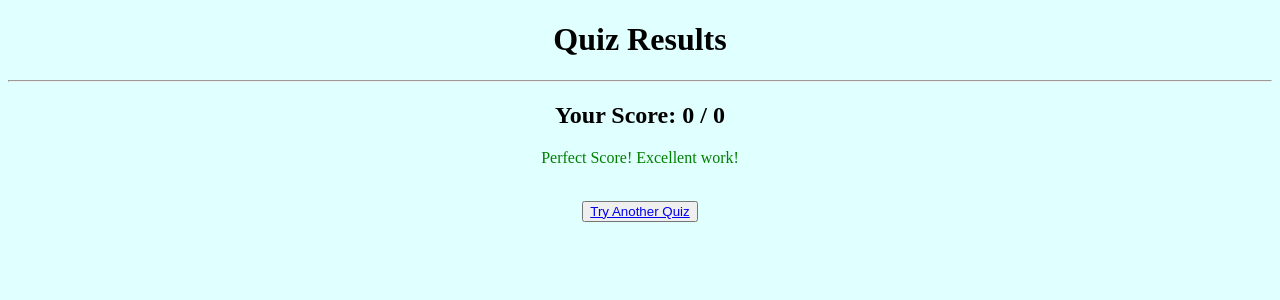
Repository: Rohitsenpai01/Quiz-Manangement-System
Page: http://localhost/WebQuizApp/submitquiz.jsp
These files come from the project's save history. The page is drawn as it stood at one moment and after the next save; the edit follows.
The browser window is 1280 px wide. The pictures show the whole page.
The page is served by Tomcat 9. Other server files are loaded and not shown. Queries for data that is not in the repository find no rows.

Above is the page before, as saved 2025-12-31 14:50:39.

### WebQuizApp/WebQuizApp/src/main/webapp/submitquiz.jsp
<%@ page language="java" contentType="text/html; charset=UTF-8" pageEncoding="UTF-8"%>
<%@ taglib prefix="c" uri="http://java.sun.com/jsp/jstl/core" %>
<!DOCTYPE html>
<html>
<head>
    <title>Quiz Result</title>
</head>
<body bgcolor="${initParam.theme}">
    <h1 style="text-align: center;">Quiz Results</h1><hr>
    <jsp:useBean id="quli" class="com.app.beans.QuestionListBean"/>
    <jsp:setProperty name="quli" property="quiz_id" value="${param.quiz_id}"/>
    ${quli.fetchQuestions()}

    <div style="text-align: center;">
        <%
            int score = 0;
            int total = 0;
            java.util.List<com.app.pojos.Question> list = quli.getQuestionList();

            if (list != null) {
                total = list.size();
                for (int i = 0; i < total; i++) {
                    String submittedAns = request.getParameter("ans_" + i);
                    char correctAns = list.get(i).getCorrect();
                    if (submittedAns != null && submittedAns.equalsIgnoreCase(String.valueOf(correctAns))) {
                        score++;
                    }
                }
            }
            request.setAttribute("finalScore", score);
            request.setAttribute("totalQuestions", total);
        %>

        <h2>Your Score: ${finalScore} / ${totalQuestions}</h2>
        <c:choose>
            <c:when test="${finalScore == totalQuestions}">
                <p style="color: green;">Perfect Score! Excellent work!</p>
            </c:when>
            <c:when test="${finalScore > (totalQuestions / 2)}">
                <p style="color: blue;">Good job! You passed.</p>
            </c:when>
            <c:otherwise>
                <p style="color: red;">Keep practicing. You can do better!</p>
            </c:otherwise>
        </c:choose>

        <br>
        <button><a href="quizlist.jsp">Try Another Quiz</a></button>
    </div>
</body>
</html>

### WebQuizApp/WebQuizApp/src/main/java/com/app/beans/QuestionListBean.java
package com.app.beans;

import java.util.List;
import com.app.daos.QuestionDao;
import com.app.daos.QuestionDaoImp;
import com.app.pojos.Question;

public class QuestionListBean {
	private List<Question> questionList;
    private int quiz_id;

    public void setQuiz_id(int quiz_id) {
        this.quiz_id = quiz_id;
    }

    public List<Question> getQuestionList() {
        return questionList;
    }

    public void fetchQuestions() {
        try(QuestionDao queDao = new QuestionDaoImp()) {
            this.questionList = queDao.getById(this.quiz_id);
        } catch (Exception e) {
            e.printStackTrace();
        }
    }
}

### WebQuizApp/WebQuizApp/src/main/java/com/app/daos/QuestionDao.java
package com.app.daos;

import java.util.List;

import com.app.pojos.Question;
import com.app.pojos.Quiz;

public interface QuestionDao extends AutoCloseable{
	List<Question> getAll() throws Exception;
	List<Question> getById(int quiz_id) throws Exception;
	void insert(Question qs,Quiz q) throws Exception;
}

### WebQuizApp/WebQuizApp/src/main/java/com/app/pojos/Question.java
package com.app.pojos;

public class Question {
	public int id;
	public int quiz_id;
	public String text;
	public String a;
	public String b;
	public String c;
	public String d;
	public char correct;

	public Question() {
	}

	public Question(int id, int quiz_id, String text, String a, String b, String c, String d, char correct) {
		this.id = id;
		this.quiz_id = quiz_id;
		this.text = text;
		this.a = a;
		this.b = b;
		this.c = c;
		this.d = d;
		this.correct = correct;
	}

	public int getId() {
		return id;
	}

	public void setId(int id) {
		this.id = id;
	}

	public int getQuiz_id() {
		return quiz_id;
	}

	public void setQuiz_id(int quiz_id) {
		this.quiz_id = quiz_id;
	}

	public String getText() {
		return text;
	}

	public void setText(String text) {
		this.text = text;
	}

	public String getA() {
		return a;
	}

	public void setA(String a) {
		this.a = a;
	}

	public String getB() {
		return b;
	}

	public void setB(String b) {
		this.b = b;
	}

	public String getC() {
		return c;
	}

	public void setC(String c) {
		this.c = c;
	}

	public String getD() {
		return d;
	}

	public void setD(String d) {
		this.d = d;
	}

	public char getCorrect() {
		return correct;
	}

	public void setCorrect(char correct) {
		this.correct = correct;
	}

}

### WebQuizApp/WebQuizApp/src/main/java/com/app/daos/Dao.java
package com.app.daos;

import java.sql.Connection;
import com.app.util.DbUtil;

public class Dao implements AutoCloseable{
	protected Connection con;
	public Dao() throws Exception{
		con = DbUtil.getConnection();
	}
	public void close() throws Exception {
		if(con != null) {
			con.close();
		}
	}
}

### WebQuizApp/WebQuizApp/src/main/java/com/app/daos/QuestionDaoImp.java
package com.app.daos;

import java.sql.PreparedStatement;
import java.sql.ResultSet;
import java.util.ArrayList;
import java.util.List;

import com.app.pojos.Question;
import com.app.pojos.Quiz;

public class QuestionDaoImp extends Dao implements QuestionDao{
	private PreparedStatement stmtInsertTitle;
	private PreparedStatement stmtGetAll;
	private PreparedStatement stmtGetById;
	private PreparedStatement stmtInsertQuestion;

	public QuestionDaoImp() throws Exception {
		stmtGetAll = con.prepareStatement("SELECT question_id, quiz_id, question_text, option_a, option_b, option_c, option_d FROM questions");
		stmtGetById = con.prepareStatement("SELECT question_text, option_a, option_b, option_c, option_d, correct_option FROM questions WHERE quiz_id = ?");
		stmtInsertQuestion = con.prepareStatement("INSERT INTO questions " + "(quiz_id, question_text, option_a, option_b, option_c, option_d, correct_option)" + "VALUES (?, ?, ?, ?, ?, ?, ?)");
		stmtInsertTitle = con.prepareStatement("SELECT quiz_id FROM quizzes WHERE title=?");
	}

	public void close() throws Exception {
		stmtGetAll.close();
		stmtGetById.close();
		stmtInsertTitle.close();
		stmtInsertQuestion.close();
	}

	@Override
	public List<Question> getAll() throws Exception {
		List<Question> list = new ArrayList<>();
		try(ResultSet rs = stmtGetAll.executeQuery()) {
			while(rs.next()) {
				int id = rs.getInt("id");
				int quiz_id = rs.getInt("quiz_id");
				String text = rs.getString("text");
				String a = rs.getString("a");
				String b = rs.getString("b");
				String c = rs.getString("c");
				String d = rs.getString("d");
				String cor = rs.getString("correct");
				char correct = cor.charAt(0);
				Question que = new Question(id, quiz_id, text, a, b, c, d, correct);
				list.add(que);
			}
		}
		return list;
	}

	@Override
	public void insert(Question qs, Quiz q) throws Exception {
	    String sql = "INSERT INTO questions (quiz_id, question_text, option_a, option_b, option_c, option_d, correct_option) VALUES (?, ?, ?, ?, ?, ?, ?)";
	    try (PreparedStatement ps = con.prepareStatement(sql)) {
	        ps.setInt(1, qs.getQuiz_id());
	        ps.setString(2, qs.getText());
	        ps.setString(3, qs.getA());
	        ps.setString(4, qs.getB());
	        ps.setString(5, qs.getC());
	        ps.setString(6, qs.getD());
	        ps.setString(7, String.valueOf(qs.getCorrect()));
	        ps.executeUpdate();
	    }
	}

	@Override
	public List<Question> getById(int quiz_id) throws Exception {
	    List<Question> queList = new ArrayList<>();
	    stmtGetById.setInt(1, quiz_id);
	    try(ResultSet rs = stmtGetById.executeQuery()) {
	        while(rs.next()) {
	            String text = rs.getString("question_text");
	            String a = rs.getString("option_a");
	            String b = rs.getString("option_b");
	            String c = rs.getString("option_c");
	            String d = rs.getString("option_d");
	            String cor = rs.getString("correct_option");
	            char correct = (cor != null && !cor.isEmpty()) ? cor.charAt(0) : ' ';
	            Question que = new Question(0, quiz_id, text, a, b, c, d, correct);
	            queList.add(que);
	        }
	    }
	    return queList;
	}
}

### WebQuizApp/WebQuizApp/src/main/java/com/app/util/DbUtil.java
package com.app.util;

import java.sql.Connection;
import java.sql.DriverManager;

public class DbUtil {
	private static final String DB_DRIVER = "com.mysql.cj.jdbc.Driver";
	private static final String DB_URL = "jdbc:mysql://localhost:3306/quiz_management_system";
	private static final String DB_USER = "root";
	private static final String DB_PASSWD = "manager";

	static {
		try {
			Class.forName(DB_DRIVER);
		} catch(Exception e) {
			e.printStackTrace();
			System.exit(1);
		}
	}

	public static Connection getConnection() throws Exception {
		Connection con = DriverManager.getConnection(DB_URL, DB_USER, DB_PASSWD);
		return con;
	}
}

After the next save:
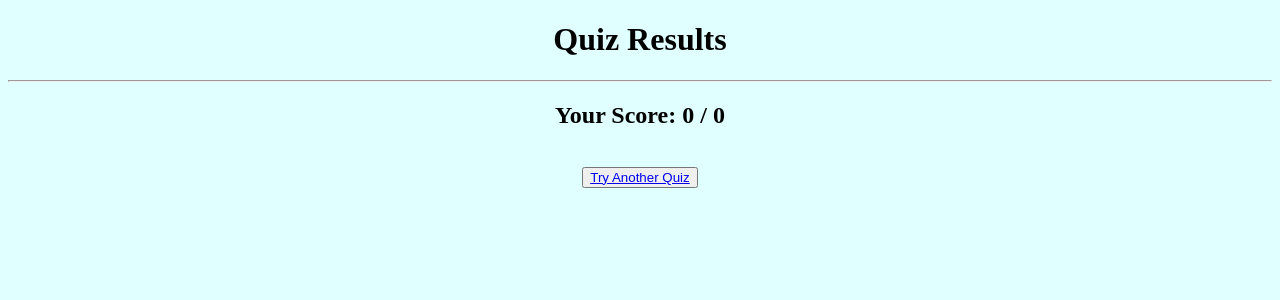
Saved 86 min 52 s later.
--- a/WebQuizApp/WebQuizApp/src/main/webapp/submitquiz.jsp
+++ b/WebQuizApp/WebQuizApp/src/main/webapp/submitquiz.jsp
@@ -31,20 +31,7 @@
             request.setAttribute("totalQuestions", total);
         %>
 
-        <h2>Your Score: ${finalScore} / ${totalQuestions}</h2>
-        <c:choose>
-            <c:when test="${finalScore == totalQuestions}">
-                <p style="color: green;">Perfect Score! Excellent work!</p>
-            </c:when>
-            <c:when test="${finalScore > (totalQuestions / 2)}">
-                <p style="color: blue;">Good job! You passed.</p>
-            </c:when>
-            <c:otherwise>
-                <p style="color: red;">Keep practicing. You can do better!</p>
-            </c:otherwise>
-        </c:choose>
-
-        <br>
+        <h2>Your Score: ${finalScore} / ${totalQuestions}</h2><br>
         <button><a href="quizlist.jsp">Try Another Quiz</a></button>
     </div>
 </body>
